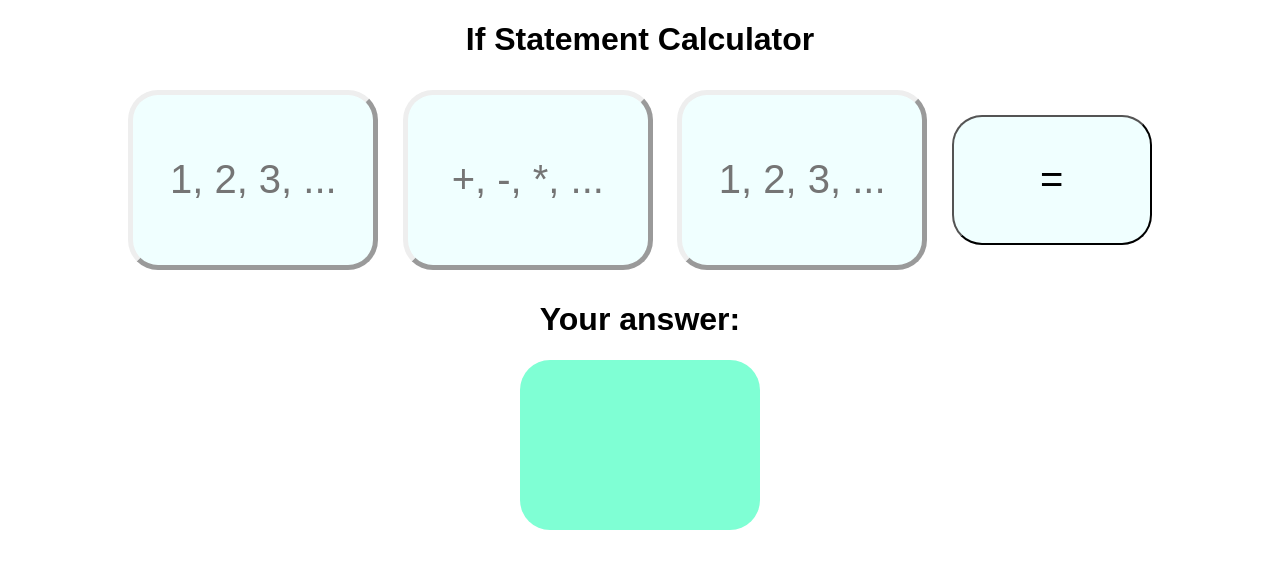
Repository: WesleyErasmus/threeInputCalculator
Page: html/if-calculator.html
These files come from the project's save history. The page is drawn as it stood at one moment and after the next save; the edit follows.
The browser window is 1280 px wide. The pictures show the whole page.

Above is the page before, as saved 2022-04-27 22:24:22.

### html/if-calculator.html
<!DOCTYPE html>
<html lang="en">
<head>
    <meta charset="UTF-8">
    <meta http-equiv="X-UA-Compatible" content="IE=edge">
    <meta name="viewport" content="width=device-width, initial-scale=1.0">
    <title>JS If Calculator</title>
    <link rel="stylesheet" href="/css/stylesheet.css">
    <script src="/js/if-calculator.js"></script>

</head>
<body>

<center>
    <form onsubmit="return false;">
        <h1>If Statement Calculator</h1>
        <!-- <div class="inputField"> -->
        <!-- <label for="input1">Enter a number</label> -->
         <input id="input1" type="text" name = "input1" placeholder="1, 2, 3, ..."> <!-- input-1 -->
        </div>
        <!-- <div class="inputField"> -->
         <!-- <label for="input3">Enter operator</label> -->
         <input id="input3" type="text" name = "input3" placeholder="+, -, *, ..."> <!-- input-3 (operator) -->
        </div>
        <!-- <div class="inputField"> -->
         <!-- <label for="input2">Enter a number </label> -->
         <input id="input2" type="text" name = "input2" placeholder="1, 2, 3, ..."> <!-- input-2 -->
        </div>
         <button onclick="sum()">=</button>
         <h1>Your answer:</h1>
         <p id="output"></p>
    </form>
</center>
</body>
</html>

### css/stylesheet.css
body {
font-family: sans-serif;
}
form {
display: block;
margin: 0 auto;
}
input {
    background-color: azure;
    width: 200px;
    height: 130px;
    padding: 20px;
    margin: 10px;
    text-align: center;
    font-size: 40px;
    border-radius: 30px;
    border: 5px solid;
    border-style:outset;
}
button {
    background-color: azure;
    width: 200px;
    height: 130px;
    padding: 0;
    margin: 10px;
    font-size: 40px;
    border-radius: 30px;
}
p {
    text-align: center !important;
    vertical-align: middle !important;
    margin: 10px;
    width: 200px;
    height: 130px;
    padding: 20px;
    font-size: 75px;
    border-radius: 30px;
    background-color: aquamarine;
}

### js/if-calculator.js
function sum() {
const num1 = document.getElementById("input1").value;
const num2 = document.getElementById("input2").value;
const operator = document.getElementById("input3").value;
const output = document.getElementById("output").value;
  let answer;
  document.getElementById("output").value;
  if (operator == '+') {
    answer = +num1 + +num2;
    document.getElementById("output").innerHTML = answer;
  } else if (operator == '-') {
    answer = num1 - num2;
    document.getElementById("output").innerHTML = answer;
  } else if (operator == '*') {
    answer = num1 * num2;
    document.getElementById("output").innerHTML = answer;
  } else {
    answer = num1 / num2;
    document.getElementById("output").innerHTML = answer;
  }console.log(answer);
}

After the next save:
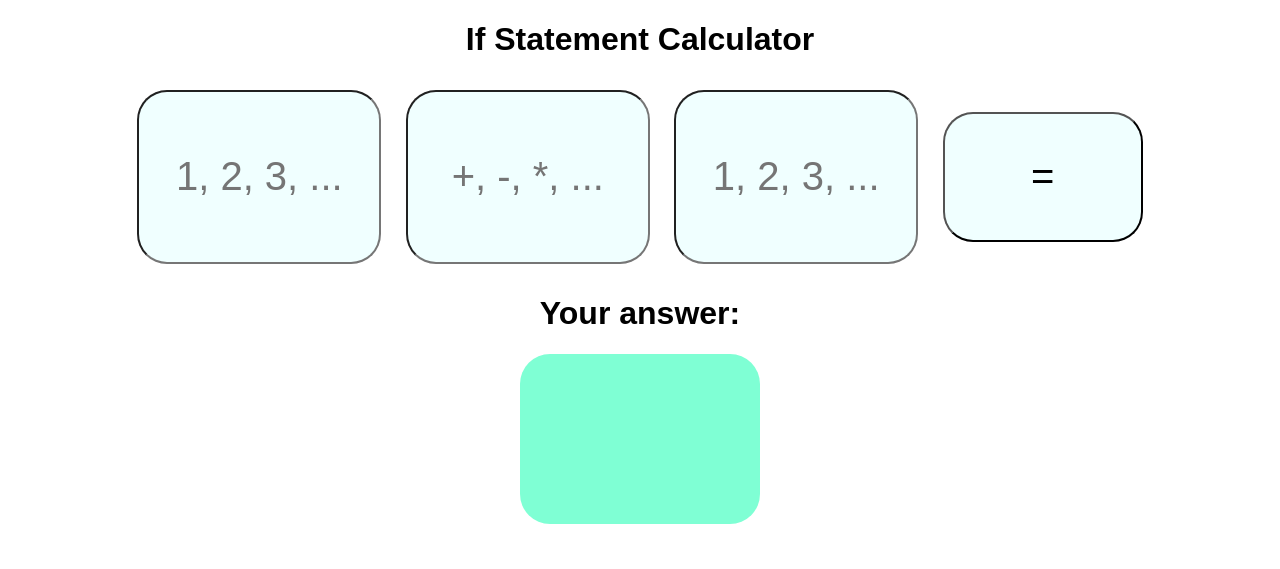
Saved 13 s later.
--- a/css/stylesheet.css
+++ b/css/stylesheet.css
@@ -14,8 +14,8 @@ input {
     text-align: center;
     font-size: 40px;
     border-radius: 30px;
-    border: 5px solid;
-    border-style:outset;
+    border: 5px solid outset;
+    /* border-style:outset; */
 }
 button {
     background-color: azure;
